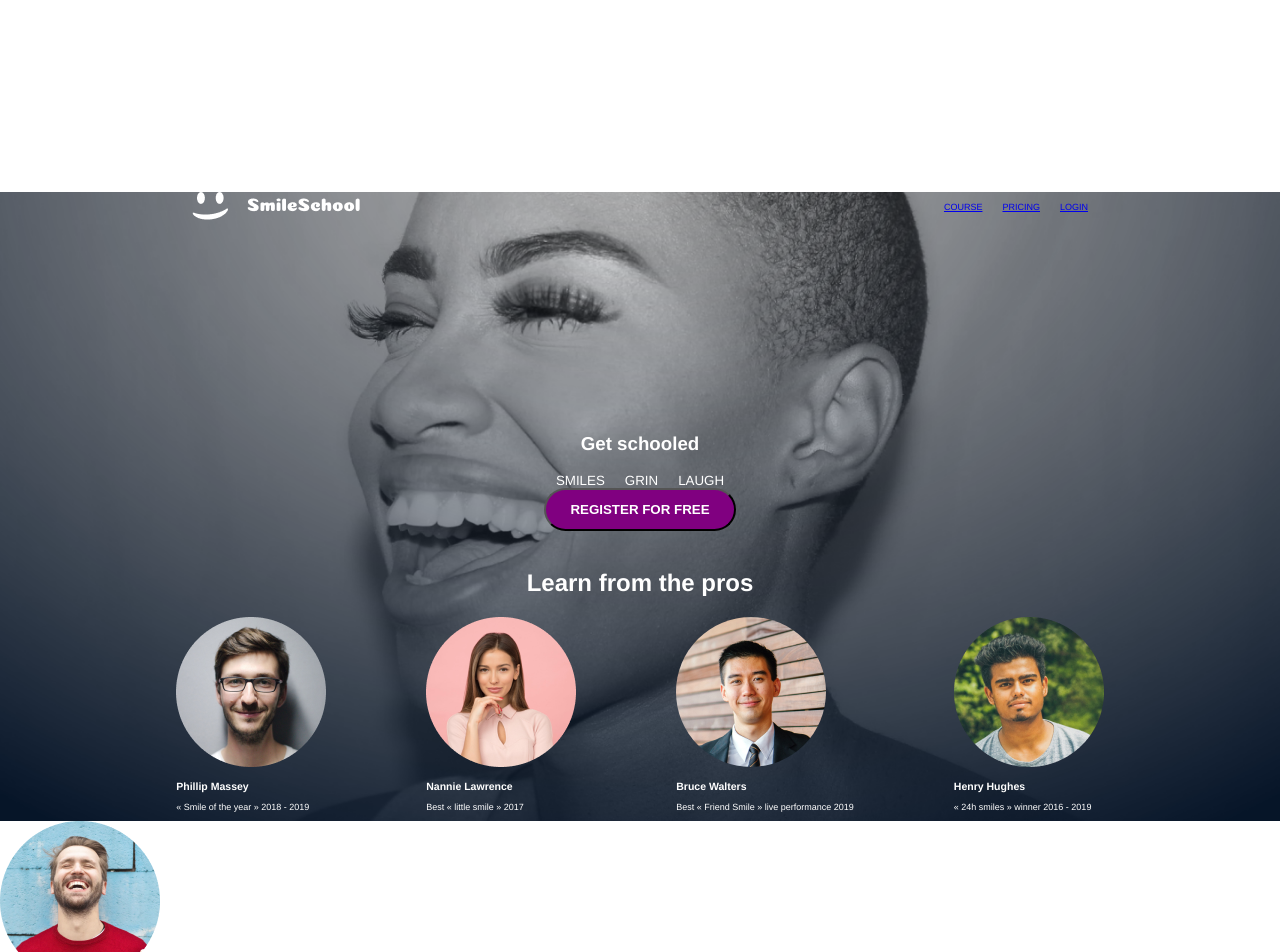
Repository: mwihakiann/alx_html_css
Page: css_advanced/index.html
The author's editor kept a copy of each file at every save. The page is drawn from the files as they stood at one save, then again after a run of saves.
The browser window is 1280 px wide. The pictures show the part of the page from y = 0 to 952 px (the page is 3674 px tall before and 3692 px after).
A picture or video elsewhere on the page could not be fetched, so the positions and the page height are approximate. Some web libraries are served in a nearby version.

Above is the page before, as saved 2025-09-28 18:42:14.

### css_advanced/index.html
<!DOCTYPE html>
<html lang="en">
<head>
  <meta charset="UTF-8">
  <meta name="viewport" content="width=device-width, initial-scale=1.0">
  <script src="https://kit.fontawesome.com/4a2b055604.js" crossorigin="anonymous"></script>
  <title>Document</title>
  <link rel="stylesheet" href="styles.css">
</head>
<body>
    <section class="first-page">
  <header>
    <nav>
      <img src="./images/logo.png" alt="logo">
      <ul>
        <li><a href="#">COURSE</a></li>
        <li><a href="#">PRICING</a></li>
        <li><a href="#">LOGIN</a></li>
      </ul>
    </nav>
  </header>

  <main>
    <section>
      <div class="intro">
        <h1 class="school">Get schooled</h1>
        <div class="horizontal-stack">
        <span>SMILES</span>
        <span>GRIN</span>
        <span>LAUGH</span>
        </div>
        <button class="register">REGISTER FOR FREE</button>
      </div>
      <br>
      <div class="learn-from-pros">
        <h2>Learn from the pros</h2>
        <div class="pros">
          <div>
            <img src="./images/1.png" alt="">
            <h3>Phillip Massey</h3>
            <p>« Smile of the year » 2018 - 2019</p>
          </div>
          <div>
            <img src="./images/3.png" alt="">
            <h3>Nannie Lawrence</h3>
            <p>Best « little smile » 2017</p>
          </div>
          <div>
            <img src="./images/2.png" alt="" class="bruce">
            <h3>Bruce Walters</h3>
            <p>Best « Friend Smile » live performance 2019</p>
          </div>
          <div>
            <img src="./images/4.png" alt="">
            <h3>Henry Hughes</h3>
            <p>« 24h smiles » winner 2016 - 2019</p>
          </div>
        </div>
      </div>
    </section>
</section>

    <section>
      <div>
        <img src="./images/5.png" alt="image">
      </div>
      <div>
        <blockquote>« Those tutorials are concise and go straight to the point. I can’t think of a better place to learn smiling. And it’s so fun!</blockquote>
        <h3>NAME</h3>
        <p>weather presenter</p>
      </div>
    </section>

    <section>
      <h2>Most popular tutorials</h2>

      <div class="tutorial-card">
        <img src="./images/9.png" alt="Diagonal Smile">
        <img src="./images/play.png" alt="play button" class="play-btn">
        <h3>Diagonal Smile</h3>
        <p>Lorem ipsum dolor sit amet, consect adipiscing elit, sed do eiusmod.</p>
        <div>
          <img src="./images/1 (3).png" alt="">
          <h4>Phillip Massey</h4>
        </div>
        <div>
          <div><i class="fa-solid fa-star"></i></div>
          <div><i class="fa-solid fa-star"></i></div>
          <div><i class="fa-solid fa-star"></i></div>
          <div><i class="fa-solid fa-star"></i></div>
          <div><i class="fa-solid fa-star"></i></div>
        </div>
        <p>8 min</p>
      </div>

      <div class="tutorial-card">
        <img src="./images/6.png" alt="Happy Smile">
        <img src="./images/play.png" alt="play button" class="play-btn">
        <h3>Happy Smile</h3>
        <p>Lorem ipsum dolor sit amet, consect adipiscing elit, sed do eiusmod.</p>
        <div>
          <img src="./images/1 (3).png" alt="">
          <h4>Phillip Massey</h4>
        </div>
        <div>
          <div><i class="fa-solid fa-star"></i></div>
          <div><i class="fa-solid fa-star"></i></div>
          <div><i class="fa-solid fa-star"></i></div>
          <div><i class="fa-solid fa-star"></i></div>
          <div><i class="fa-solid fa-star"></i></div>
        </div>
        <p>8 min</p>
      </div>

      <div class="tutorial-card">
        <img src="./images/8.png" alt="Natural Smile">
        <img src="./images/play.png" alt="play button" class="play-btn">
        <h3>Natural Smile</h3>
        <p>Lorem ipsum dolor sit amet, consect adipiscing elit, sed do eiusmod.</p>
        <div>
          <img src="./images/1.png" alt="">
          <h4>Phillip Massey</h4>
        </div>
        <div>
          <div><i class="fa-solid fa-star"></i></div>
          <div><i class="fa-solid fa-star"></i></div>
          <div><i class="fa-solid fa-star"></i></div>
          <div><i class="fa-solid fa-star"></i></div>
          <div><i class="fa-solid fa-star"></i></div>
        </div>
        <p>8 min</p>
      </div>

      <div class="tutorial-card">
        <img src="./images/7.png" alt="Sad Smile">
        <img src="./images/play.png" alt="play button" class="play-btn">
        <h3>Sad Smile</h3>
        <p>Lorem ipsum dolor sit amet, consect adipiscing elit, sed do eiusmod.</p>
        <div>
          <img src="./images/1.png" alt="">
          <h4>Phillip Massey</h4>
        </div>
        <div>
          <div><i class="fa-solid fa-star"></i></div>
          <div><i class="fa-solid fa-star"></i></div>
          <div><i class="fa-solid fa-star"></i></div>
          <div><i class="fa-solid fa-star"></i></div>
          <div><i class="fa-solid fa-star"></i></div>
        </div>
        <p>8 min</p>
      </div>
    </section>

    <section>
      <h2>Free membership</h2>
      <div>
        <img src="./images/smile.png" alt="">
        <h3>Lorem Ipsum</h3>
        <p>Lorem ipsum dolor sit amet, consectetur adipiscing elit.</p>
      </div>
      <div>
        <img src="./images/smile.png" alt="">
        <h3>Lorem Ipsum</h3>
        <p>Lorem ipsum dolor sit amet, consectetur adipiscing elit.</p>
      </div>
      <div>
        <img src="./images/smile.png" alt="">
        <h3>Lorem Ipsum</h3>
        <p>Lorem ipsum dolor sit amet, consectetur adipiscing elit.</p>
      </div>
      <div>
        <img src="./images/smile.png" alt="">
        <h3>Lorem Ipsum</h3>
        <p>Lorem ipsum dolor sit amet, consectetur adipiscing elit.</p>
      </div>
      <button>REGISTER FOR FREE</button>
    </section>

    <section>
      <h2>F.A.Q</h2>
      <div>
        <div>
          <div>
            <h3>How does this work?</h3>
          </div>
          <div>
            Lorem ipsum dolor sit amet, consectetur adipiscing elit, sed do eiusmod tempor incididunt ut labore et dolore magna aliqua.
          </div>

          <div>
            <h3>How does this work?</h3>
          </div>
          <div>
            Lorem ipsum dolor sit amet, consectetur adipiscing elit, sed do eiusmod tempor incididunt ut labore et dolore magna aliqua.
          </div>
        </div>
        <div>
          <div>
            <h3>How does this work?</h3>
          </div>
          <div>
            Lorem ipsum dolor sit amet, consectetur adipiscing elit, sed do eiusmod tempor incididunt ut labore et dolore magna aliqua.
          </div>
          <div>
            <h3>How does this work?</h3>
          </div>
          <div>
            Lorem ipsum dolor sit amet, consectetur adipiscing elit, sed do eiusmod tempor incididunt ut labore et dolore magna aliqua.
          </div>
        </div>
      </div>
    </section>
  </main>

  <footer>
    <section>
      <div>
        <img src="./images/logo.png" alt="logo">
        <div>
          <i class="fa-brands fa-facebook"></i>
          <i class="fa-brands fa-twitter"></i>
          <i class="fa-brands fa-instagram"></i>
        </div>
      </div>
      <p>©smileschool 2020</p>
    </section>
  </footer>
</body>
</html>

### css_advanced/styles.css
body{
    color: white;
    margin: 0;
    padding: 0;
    font-family: 'Franklin Gothic Medium', 'Arial Narrow', Arial, sans-serif;
}
nav ul{
    display: flex;
    gap: 20px;
    list-style: none;
    color: white;
    text-decoration: none;
}
nav{
    display: flex;
    justify-content: space-between;
    align-items: center;
    margin: 15%;
    font-size: xx-small;
}
.first-page{
    background-image: url(./images/Object.png);
    background-size: cover;
    background-position: center;
    color: white;
}
.intro{
    display: flex;
    flex-direction: column;
    justify-content: center;
    align-items: center;
}
.school{
    font-size: 100;
    font-weight: bolder;
}
h1{
    font-size: 40;
}
.register{
    background-color: purple;
    color: white;
    padding: 12px 24px;
    border-radius: 25px;
    font-weight: bold;
}
.learn-from-pros{
    display: flex;
    flex-direction: column;
    justify-content: center;
    align-items: center;
    font-size: medium;
}
.pros{
    display: flex;
    font-size:xx-small;
    gap: 100px;
}
.bruce{
    width: 150px;
    height: 150px;
    border-radius: 50%;
    object-fit: cover;
}
.horizontal-stack{
   display: flex;
    gap: 20px;
    font-size: smaller;
}
.tutorial-card {
    position: relative;
    display: inline-block;
    margin: 20px;
  }

  .tutorial-card img {
    display: block;
  }

  .tutorial-card .play-btn {
    position: absolute;
    top: 50px;
    left: 50%;
    transform: translateX(-50 -50%);
    width: 50px;
    height: 50px;
    pointer-events: none;
  }

After the next 2 saves:
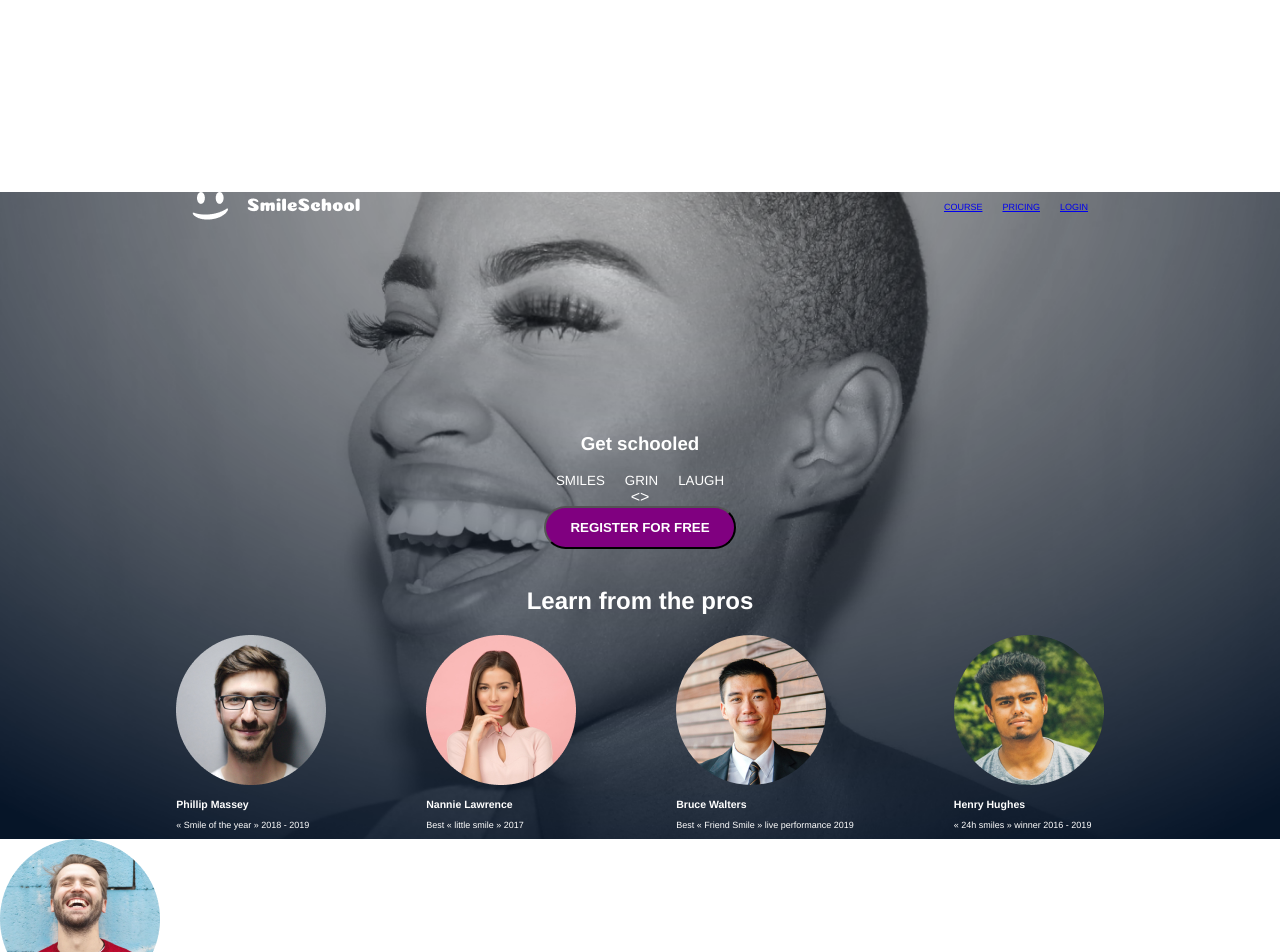
The 2 saves are shown as one change because they came seconds apart.
The last was saved 35 s later.
--- a/css_advanced/index.html
+++ b/css_advanced/index.html
@@ -29,6 +29,7 @@
         <span>GRIN</span>
         <span>LAUGH</span>
         </div>
+        <>
         <button class="register">REGISTER FOR FREE</button>
       </div>
       <br>
